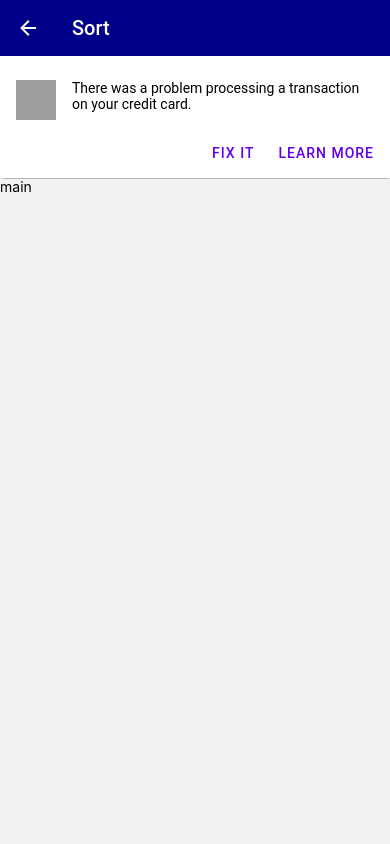
Repository: seyicoded/rn-crazy-algorithm-app
Screen: /, after clicking the first element matching `div.r-transitionProperty-1i6wzkk`
An editor plug-in stored every save of this project. The screen is shown before and after the next save, followed by the edit.
Pictures or frames that could not be fetched are drawn as grey boxes. The app was drawn by React Native's web renderer in a window 390 px wide. The project was rebuilt for these pictures with package versions that can differ from the ones it lists, and the page was loaded fresh each time. Also part of the build but not shown: src/screens/filter.js, src/screens/advance.js.

Above is the screen before, as saved 2022-03-30 16:46:26.

### App.js
import 'react-native-gesture-handler';
import { StatusBar } from 'expo-status-bar';
import { StyleSheet, Text, View } from 'react-native';
import Main from './src/main'
export default function App() {
  return (
    <View style={styles.container}>
      <Main />
      <StatusBar style="auto" />
    </View>
  );
}

const styles = StyleSheet.create({
  container: {
    flex: 1,
    backgroundColor: '#fff',
  },
});

### src/main.js
import { View, Text } from 'react-native'
import React from 'react'
import {NavigationContainer} from '@react-navigation/native'
import {createStackNavigator} from '@react-navigation/stack'
import Home from './screens/index'
import Sort from './screens/sort'
import Filter from './screens/filter'
import Advance from './screens/advance'

const StackNav = createStackNavigator()

export default function Main() {
  return (
    <NavigationContainer>
        <StackNav.Navigator>
            <StackNav.Screen name="Home" options={{headerMode: 'none'}} component={Home} />
            <StackNav.Screen name="Filter" options={{headerMode: 'none'}} component={Filter} />
            <StackNav.Screen name="Sort" options={{headerMode: 'none'}} component={Sort} />
            <StackNav.Screen name="Advance" options={{headerMode: 'none'}} component={Advance} />
        </StackNav.Navigator>
    </NavigationContainer>
  )
}

### src/screens/index.js
import { View, Text, StyleSheet, FlatList, TouchableOpacity } from 'react-native'
import React, {useState, useEffect, useRef} from 'react'
import Header from '../layout/header'
import { List, Avatar, Card, Title, Paragraph, Button } from 'react-native-paper';

const data = [
    {
        id: 'Sort',
        image: 'https://picsum.photos/700',
        title: 'Sort',
    },
    {
        id: 'Filter',
        image: 'https://picsum.photos/700',
        title: 'Filter',
    },
    {
        id: 'Advance',
        image: 'https://picsum.photos/700',
        title: 'Advance',
    },
]

export default function Index({route, navigation}) {
    const [color, setColor] = useState('darkblue');
    var timer = null;
    var ColorChanger = useRef('darkblue');


    useEffect(()=>{
        timer = setInterval(()=>{
            // console.log('.')
            ColorChanger.current = (ColorChanger.current == 'darkblue') ? 'darkred' : 'darkblue';
            setColor(ColorChanger.current);
        }, 1000);
        return ()=>{
            clearInterval(timer);
        }
    }, [])

    const styles = StyleSheet.create({
        container: {
          flex: 1,
          width: '100%',
          backgroundColor: '#fff',
        },
        header: {
            fontSize: 16,
            textAlign: 'center',
            marginTop: 20,
            marginBottom: 20,
            color: color,
            fontWeight: '700',
        },
        list: {
            width: '100%',
        },
        card: {
            // backgroundColor: 'red',
            margin: 20,
            shadowColor: '#000',
            shadowOffset: { width: 0, height: 2 },
            shadowOpacity: 0.8,
            elevation: 4
        }
    });

    return (
        <View style={styles.container}>
            <Header title="Home" visible={false} navigation={navigation} />
            <Text style={styles.header}>Let's Prep Shall We</Text>

            <FlatList
                data={data}
                style={styles.list}
                renderItem={({ item }) => {
                    return (
                        <TouchableOpacity onPress={() => navigation.navigate(item.id, {title: item.title})}>
                            <Card style={styles.card}>
                                <Card.Cover source={{ uri: item.image }} />
                                {/* <Card.Actions style={{justifyContent: 'center'}}>
                                    <Button onPress={()=>navigation.navigate(item.id)}>{item.title}</Button>

                                </Card.Actions> */}

                                <Card.Content style={{justifyContent: 'center'}}>
                                    <Title style={{textAlign: 'center', marginTop:12, color: 'darkblue'}}>{item.title}</Title>
                                </Card.Content>
                            </Card>
                        </TouchableOpacity>
                    )
                }}
                numColumns={1}
            />

            {/* <Card>
                <Card.Cover source={{ uri: 'https://picsum.photos/700' }} />

                <Card.Content>
                    <Title>Card title</Title>
                </Card.Content>
            </Card> */}

        </View>
    )
}

### src/screens/sort.js
import { View, Text, Image } from 'react-native'
import React from 'react'
import { List, Banner } from 'react-native-paper';
import Header from '../layout/header'

export default function Sort({route, navigation}) {
    const title = route.params.title;
    const [visible, setVisible] = React.useState(true);

  return (
    <View>
        <Header title={title} visible={true} navigation={navigation} />
        <Banner
            visible={visible}
            actions={[
                {
                label: 'Fix it',
                onPress: () => setVisible(false),
                },
                {
                label: 'Learn more',
                onPress: () => setVisible(false),
                },
            ]}
            icon={({size}) => (
                <Image
                source={{
                    uri: 'https://avatars3.githubusercontent.com/u/17571969?s=400&v=4',
                }}
                style={{
                    width: size,
                    height: size,
                }}
                />
            )}>
            There was a problem processing a transaction on your credit card.
        </Banner>
      <Text>main</Text>
    </View>
  )
}

### src/layout/header.js
import { View, Text } from 'react-native'
import React, {useState, useEffect} from 'react'
import { Appbar } from 'react-native-paper';

export default function Header({title, visible, navigation}) {
    // const [visible, setVisible] = useState(false);

    if(visible){
        return (
            <Appbar.Header style={{backgroundColor: 'darkblue'}}>
                {
                    (visible) ?
                    <Appbar.BackAction onPress={()=>navigation.goBack()} />
                    :<></>
                }
                <Appbar.Content title={title} />
            </Appbar.Header>
          )
    }else{
        return (
            <Appbar.Header style={{backgroundColor: 'darkblue'}}>
                <Appbar.Content title={title} />
            </Appbar.Header>
          )
    }

}

After the next save:
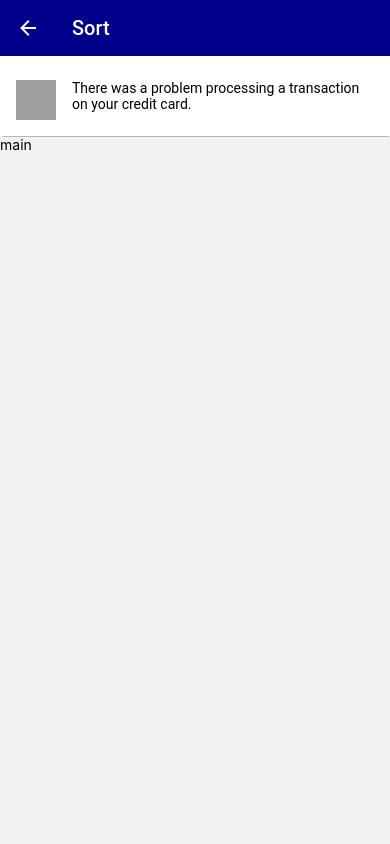
Saved 5 s later.
--- a/src/screens/sort.js
+++ b/src/screens/sort.js
@@ -13,14 +13,6 @@ export default function Sort({route, navigation}) {
         <Banner
             visible={visible}
             actions={[
-                {
-                label: 'Fix it',
-                onPress: () => setVisible(false),
-                },
-                {
-                label: 'Learn more',
-                onPress: () => setVisible(false),
-                },
             ]}
             icon={({size}) => (
                 <Image
